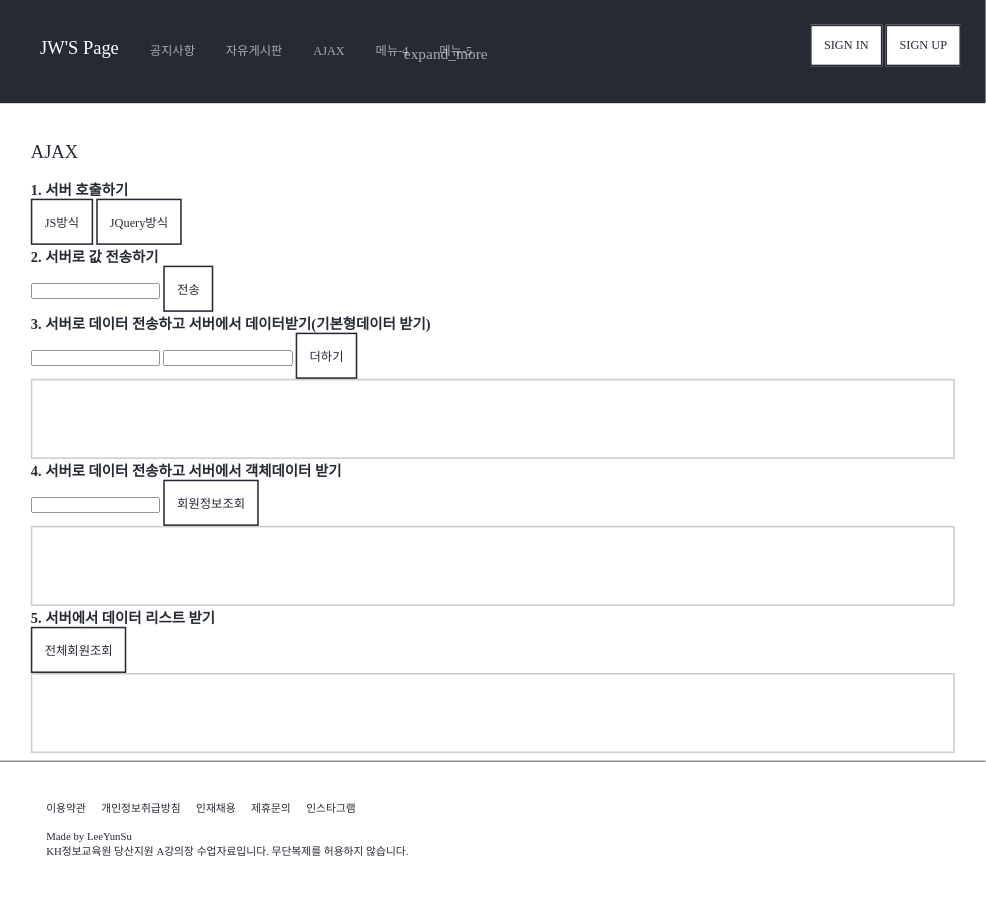
Repository: JWbase/Web_JAVA
Page: http://localhost/07_mvc2WebProject/ajax.do
These files come from the project's save history. The page is drawn as it stood at one moment and after the next save; the edit follows.
The browser window is 1280 px wide. The pictures show the whole page, at 77% of full size.
Some web fonts or font styles are not loaded; a fallback is used. The page is served by Tomcat 9. Other server files are loaded and not shown.

Above is the page before, as saved 2022-09-06 07:03:57.

### 07_mvc2WebProject/src/main/webapp/WEB-INF/views/etc/ajax.jsp
<%@ page language="java" contentType="text/html; charset=UTF-8"
	pageEncoding="UTF-8"%>
<!DOCTYPE html>
<html>
<head>
<meta charset="UTF-8">
<title>Insert title here</title>
<style>
.ajaxResult {
	min-height: 100px;
	border: 2px solid #ccc;
}
</style>
</head>
<body>
	<%@include file="/WEB-INF/views/common/header.jsp"%>
	<div class="page-content">
		<div class="page-title">AJAX</div>
		<h3>1. 서버 호출하기</h3>
		<button class="btn bc11" id="js">JS방식</button>
		<button class="btn bc11" id="jQ1">JQuery방식</button>

		<h3>2. 서버로 값 전송하기</h3>
		<input type="text">
		<button class="btn bc11" id="jQ2">전송</button>

		<h3>3. 서버로 데이터 전송하고 서버에서 데이터받기(기본형데이터 받기)</h3>
		<input type="text" id="su1"> <input type="text" id="su2">
		<button class="btn bc11" id="jQ3">더하기</button>
		<p class="ajaxResult" id="result1"></p>

		<h3>4. 서버로 데이터 전송하고 서버에서 객체데이터 받기</h3>
		<input type="text" id="input4">
		<button class="btn bc11" id="jQ4">회원정보조회</button>
		<p class="ajaxResult" id="result4"></p>

		<h3>5. 서버에서 데이터 리스트 받기</h3>
		<button class="btn bc11" id="jQ5">전체회원조회</button>
		<p class="ajaxResult" id="result5"></p>
	</div>
	<script>
		$("#js").on("click", function() {
			// javascript방식으로 ajax 호출
			// 1. XMLHttpRequest 객체 생성
			const xhttp = new XMLHttpRequest();

			// 2. 요청정보 설정
			xhttp.open("GET", "/ajaxTest1.do", true);
			// 3. 서버요청 처리에 따른 동작함수를 설정
			xhttp.onreadystatechange = function() {
				if (this.readyState == 4 & this.status == 200) {
					// 요청이 다 끝나고 정상인 경우
					console.log("서버 요청 완료!!");
				} else if (this.readyState == 4 & this.status == 404) {
					// 요청이 다 끝나고 결과가 페이지를 찾을 수 없는 경우
					console.log("주소를 찾을 수 없습니다.");
				}
			}
			// 4. 서버에 요청
			xhttp.send();
		});
		$("#jQ1").on("click", function() {
			$.ajax({
				url : "/ajaxTest1.do",
				type : "get",
				success : function() {
					console.log("서버호출완료");
				},
				error : function() {
					console.log("에러 발생");
				},
				complete : function() {
					console.log("무조건 호출");
				}
			});
		});
		$("#jQ2").on("click", function() {
			const input = $(this).prev();
			const inputValue = input.val();
			console.log(inputValue);
			$.ajax({
				url : "/ajaxTest2.do",
				type : "get",
				data : {
					input1 : inputValue
				},
				success : function() {
					console.log("서버로 전송완료");
				},
				error : function() {
					console.log("에러발생");
				}
			});
		})
		$("#jQ3").on("click", function() {
			const su1 = $("#su1").val();
			const su2 = $("#su2").val();
			const result = $("#result1");
			$.ajax({
				url : "/ajaxTest3.do",
				type : "post",
				data : {
					num1 : su1,
					num2 : su2
				},
				success : function(data) {
					result.text(data);
					console.log("서버호출완료");
				},
				error : function() {
					console.log("서버호출실패");
				}
			});
		});
		$("#jQ4").on("click", function() {
			const memberId = $("#input4").val();
			const result = $("#result4");
			result.empty();
			$.ajax({
				url : "/ajaxTest4.do",
				type : "get",
				data : {
					memberId : memberId
				},
				dataType : "json",
				success : function(data) {
					if (data == null) {
						result.append("회원 정보를 조회 할 수 없습니다.")
					} else {
						result.append("아이디 : " + data.memberId + "<br>");
						result.append("이름 : " + data.memberName + "<br>");
						result.append("전화번호 : " + data.memberPhone + "<br>");
					}
				}
			});
		});
		$("#jQ5").on("click", function() {
			const result = $("#result5");
			result.empty();
			$.ajax({
				url : "/ajaxTest5.do",
				dataType : "json",
				success : function(data) {
					console.log(data);
					for (let i = 0; i < data.length; i++) {
						const div = $("<div></div>");
						div.append(data[i].memberId);
						div.append("/");
						div.append(data[i].memberName);
						div.append("/");
						div.append(data[i].memberAddr);
						div.append("/");
						result.append(div);
					}
				}
			});
		});
	</script>
	<%@include file="/WEB-INF/views/common/footer.jsp"%>
</body>
</html>

### 07_mvc2WebProject/src/main/webapp/WEB-INF/views/common/header.jsp
<%@page import="kr.or.iei.member.model.vo.Member"%>
<%@ page language="java" contentType="text/html; charset=UTF-8"
	pageEncoding="UTF-8"%>
<%
Member m = (Member) session.getAttribute("m");
%>
<!-- 구글 아이콘 -->
<link href="https://fonts.googleapis.com/icon?family=Material+Icons"
	rel="stylesheet">
<!-- jquery -->
<script src="/js/jquery-3.6.0.js"></script>
<!-- 기본 CSS -->
<link rel="stylesheet" href="/css/default.css" />
<!-- 기본 js -->
<script src="/js/default.js"></script>
<header>
	<div class="site-logo">
		<a href="/">JW'S Page</a>
	</div>
	<nav>
		<ul class="navi">
			<li><a href="/noticeList.do?reqPage=1">공지사항</a></li>
			<li><a href="#">자유게시판</a></li>
			<li><a href="/ajax.do">AJAX</a></li>
			<li><a href="#">메뉴-4</a></li>
			<li><a href="#">메뉴-5</a>
				<ul class="sub-navi">
					<li><a href="#">sub-1</a></li>
					<li><a href="#">sub-2</a></li>
					<li><a href="#">sub-3</a></li>
				</ul></li>
		</ul>
	</nav>
	<div class="header-link">
		<%
		if (m == null) {
		%>
		<button class="btn bc11 modal-open-btn" target="#login-modal">SIGN
			IN</button>
		<a class="btn bc11" href="/signupFrm.do">SIGN UP</a>
		<%
		} else {
		%>
		<%-- <a class="btn bc11" href="/mypage1.do"><%=m.getMemberName()%></a> --%>
		<a class="btn bc11" href="/mypage2.do?memberId=<%=m.getMemberId()%>"><%=m.getMemberName()%></a>
		<a class="btn bc11" href="/logout.do">LOGOUT</a>
		<%
		}
		%>
	</div>
</header>
<%
if (m == null) {
%>
<div id="login-modal" class="modal-bg">
	<div class="modal-wrap">
		<div class="modal-head">
			<h2>SIGN IN</h2>
			<span class="material-icons close-icon modal-close">close</span>
		</div>
		<form action="/signIn.do" method="post">
			<div class="modal-content">
				<div class="input-box">
					<label for="signId">아이디</label> <input type="text" name="signId"
						class="input-form" placeholder="아이디입력">
				</div>
				<div class="input-box">
					<label for="signPw">비밀번호</label> <input type="password"
						name="signPw" class="input-form" placeholder="비밀번호입력">
				</div>
				<div class="input-box link-box">
					<a href="#">아이디/비밀번호 찾기</a>
				</div>
			</div>
			<div class="modal-foot">
				<button type="submit" class="btn bc11">로그인</button>
				<button type="button" class="btn bc1 modal-close">취소</button>
			</div>
		</form>
	</div>
</div>
<%
}
%>

### 07_mvc2WebProject/src/main/webapp/WEB-INF/views/common/footer.jsp
<%@ page language="java" contentType="text/html; charset=UTF-8"
	pageEncoding="UTF-8"%>
<footer>
	<div class="footer-content">
		<ul>
			<li><a href="#">이용약관</a></li>
			<li><a href="#">개인정보취급방침</a></li>
			<li><a href="#">인재채용</a></li>
			<li><a href="#">제휴문의</a></li>
			<li><a href="#">인스타그램</a></li>
		</ul>
		<p>Made by LeeYunSu</p>
		<p>KH정보교육원 당산지원 A강의장 수업자료입니다. 무단복제를 허용하지 않습니다.</p>
	</div>
</footer>

### 07_mvc2WebProject/src/main/java/kr/or/iei/ajax/controller/AjaxServlet.java
package kr.or.iei.ajax.controller;

import java.io.IOException;

import javax.servlet.RequestDispatcher;
import javax.servlet.ServletException;
import javax.servlet.annotation.WebServlet;
import javax.servlet.http.HttpServlet;
import javax.servlet.http.HttpServletRequest;
import javax.servlet.http.HttpServletResponse;

/**
 * Servlet implementation class AjaxServlet
 */
@WebServlet(name = "Ajax", urlPatterns = { "/ajax.do" })
public class AjaxServlet extends HttpServlet {
	private static final long serialVersionUID = 1L;

	/**
	 * @see HttpServlet#HttpServlet()
	 */
	public AjaxServlet() {
		super();
		// TODO Auto-generated constructor stub
	}

	/**
	 * @see HttpServlet#doGet(HttpServletRequest request, HttpServletResponse
	 *      response)
	 */
	protected void doGet(HttpServletRequest request, HttpServletResponse response)
			throws ServletException, IOException {
		// 1. 인코딩
		request.setCharacterEncoding("utf-8");
		// 2. 값추출
		// 3. 비즈니스로직
		// 4. 결과처리
		RequestDispatcher view = request.getRequestDispatcher("/WEB-INF/views/etc/ajax.jsp");
		view.forward(request, response);
	}

	/**
	 * @see HttpServlet#doPost(HttpServletRequest request, HttpServletResponse
	 *      response)
	 */
	protected void doPost(HttpServletRequest request, HttpServletResponse response)
			throws ServletException, IOException {
		// TODO Auto-generated method stub
		doGet(request, response);
	}

}

### 07_mvc2WebProject/src/main/webapp/css/default.css
/* 사용할 font 선언 */
@font-face {
  font-family: ns-thin;
  src: url(../font/NotoSansKR-Thin.otf);
}
@font-face {
  font-family: ns-light;
  src: url(../font/NotoSansKR-Light.otf);
}
@font-face {
  font-family: ns-m;
  src: url(../font/NotoSansKR-Medium.otf);
}
@font-face {
  font-family: ns-bold;
  src: url(../font/NotoSansKR-Bold.otf);
}
@font-face {
  font-family: ns-black;
  src: url(../font/NotoSansKR-Black.otf);
}
/*
    사이트 사용 색상
    balck : #252A34
    darkgray : #393E46
    lightgray : #EEEEEE
    dark-mint : #00ADB5
    mint : #08D9D6
    point-red : #FF2E63
    point-pink : #F85F73
    point-violet : #892CDC
*/
/* 전체태그 기본 margin, padding 제거 */
/* 기본 글씨 색 및 폰트 설정 */

* {
  margin: 0;
  padding: 0;
  color: #252a34;
  font-family: ns-m;
}
body {
  display: flex;
  flex-direction: column;
  min-height: 100vh;
}
/* 기본화면 레이아웃 */
a {
  text-decoration: none;
}
header {
  background-color: #252a34;
  padding: 32px;
  display: flex;
  min-width: 1200px;
}
header > *:not(.header-link) {
  float: left;
}
header > .site-logo {
  padding: 0px 20px;
}
header > .site-logo > a {
  color: #fff;
  font-family: ns-bold;
  font-size: 24px;
  line-height: 60px;
}
header > nav {
  flex-grow: 1;
}

header > nav > .navi {
  list-style-type: none;
}
header > nav > .navi > li {
  float: left;
  position: relative;
}
header > nav > .navi > li > a {
  display: block;
  color: rgba(255, 255, 255, 0.6);
  padding: 5px 20px;
  transition-duration: 0.5s;
  line-height: 60px;
}
header > nav > .navi > li:hover > a,
header > nav > .navi > li:hover > a + span {
  color: rgba(255, 255, 255, 1);
}
header > nav > .navi > li:hover > .sub-navi {
  display : block;
}
header > nav .sub-navi {
  position: absolute;
  background-color: #fff;
  list-style-type: none;
  display: none;
  border: 1px solid rgba(0, 0, 0, 0.2);
  left: 10px;
  min-width: 10rem;
}
header > nav .sub-navi > li {
  padding: 0.25rem 1rem;
}
header > nav .sub-navi > li > a {
  display: block;
}
header > nav .sub-navi > li:hover {
  background-color: rgba(0, 0, 0, 0.05);
}
.material-icons.dropdown {
  font-size: 20px;
  color: rgba(255, 255, 255, 0.6);
  position: absolute;
  right: 0px;
  top: 27px;
  transition-duration: 0.5s;
}
.material-icons.dropdown:hover {
  cursor: pointer;
}
.page-content {
  width: 1200px;
  margin: 30px auto;
  margin-bottom: 10px;
  flex-grow: 1;
}
.page-title {
  font-family: ns-bold;
  padding: 20px 0px;
  font-size: 1.5rem;
}
footer {
  padding: 50px;
  border-top: 1px solid #252a34;
}
footer > .footer-content {
  width: 1200px;
  margin: 0 auto;
  padding: 0px 10px;
}
footer > .footer-content * {
  font-size: 14px;
}
footer > .footer-content > ul {
  list-style-type: none;
  overflow: hidden;
  margin-bottom: 20px;
}
footer > .footer-content > ul > li {
  float: left;
}
footer > .footer-content > ul > li > a {
  padding-right: 20px;
}

/* font 클래스*/
.f-thin {
  font-family: ns-thin;
}
.f-light {
  font-family: ns-light;
}
.f-medium {
  font-family: ns-m;
}
.f-bold {
  font-family: ns-bold;
}
.f-black {
  font-family: ns-black;
}

/* 글씨 색 */
.fc-1 {
  color: #252a34;
}
.fc-2 {
  color: #393e46;
}
.fc-3 {
  color: #eeeeee;
}
.fc-4 {
  color: #00adb5;
}
.fc-5 {
  color: #08d9d6;
}
.fc-6 {
  color: #ff2e63;
}
.fc-7 {
  color: #f85f73;
}
.fc-8 {
  color: #892cdc;
}

/* 배경 색*/
.bg-1 {
  background-color: #252a34;
}
.bg-2 {
  background-color: #393e46;
}
.bg-3 {
  background-color: #eeeeee;
}
.bg-4 {
  background-color: #00adb5;
}
.bg-5 {
  background-color: #08d9d6;
}
.bg-6 {
  background-color: #ff2e63;
}
.bg-7 {
  background-color: #f85f73;
}
.bg-8 {
  background-color: #892cdc;
}

/* 테이블 디자인 */
.tbl {
  width: 100%;
  border-spacing: 0px;
  border-collapse: collapse;
}
.tbl th,
.tbl td {
  padding: 1rem;
  text-align: center;
}
.tbl .tr-1 {
  background-color: rgba(255, 255, 255, 1);
}
.tbl .tr-2 {
  background-color: rgba(57, 62, 70, 0.1);
}
.tbl .tr-3 {
  background-color: rgba(0, 173, 181, 0.1);
}
.tbl .tr-4 {
  background-color: rgba(137, 44, 220, 0.1);
}
.tbl .tr-5 {
  background-color: rgba(255, 46, 999, 0.1);
}
.tbl .td-1 {
  background-color: rgba(255, 255, 255, 1);
}
.tbl .td-2 {
  background-color: rgba(57, 62, 70, 0.1);
}
.tbl .td-3 {
  background-color: rgba(0, 173, 181, 0.1);
}
.tbl .td-4 {
  background-color: rgba(137, 44, 220, 0.1);
}
.tbl .td-5 {
  background-color: rgba(255, 46, 999, 0.1);
}
.tbl.tbl-hover .tr-1:hover {
  background-color: rgba(0, 0, 0, 0.05);
}
.tbl.tbl-hover .tr-2:hover {
  background-color: rgba(57, 62, 70, 0.15);
}
.tbl.tbl-hover .tr-3:hover {
  background-color: rgba(0, 173, 181, 0.15);
}
.tbl.tbl-hover .tr-4:hover {
  background-color: rgba(137, 44, 220, 0.15);
}
.tbl.tbl-hover .tr-5:hover {
  background-color: rgba(255, 46, 999, 0.15);
}

/* 버튼 디자인 */
.btn {
  border: none;
  padding: 1rem;
  display: inline-block;
  box-sizing: border-box;
  transition-duration: 0.5s;
  font-size: 16px;
  font-family: ns-light;
}
.bc1 {
  background-color: rgba(37, 42, 52, 0.9);
  color: #fff;
  border: 2px solid rgba(37, 42, 52, 0.9);
}
.bc1:hover {
  background-color: rgba(37, 42, 52, 1);
  cursor: pointer;
}
.bc2 {
  background-color: rgba(57, 62, 70, 0.9);
  color: #fff;
  border: 2px solid rgba(57, 62, 70, 0.9);
}
.bc2:hover {
  background-color: rgba(57, 62, 70, 1);
  cursor: pointer;
}
.bc3 {
  background-color: rgba(238, 238, 238, 0.9);
  color: #252a34;
  border: 2px solid rgba(238, 238, 238, 0.9);
}
.bc3:hover {
  background-color: rgba(238, 238, 238, 1);
  cursor: pointer;
}
.bc4 {
  background-color: rgba(0, 173, 181, 0.9);
  color: #fff;
  border: 2px solid rgba(0, 173, 181, 0.9);
}
.bc4:hover {
  background-color: rgba(0, 173, 181, 1);
  cursor: pointer;
}
.bc5 {
  background-color: rgba(8, 217, 214, 0.9);
  color: #fff;
  border: 2px solid rgba(8, 217, 214, 0.9);
}
.bc5:hover {
  background-color: rgba(8, 217, 214, 1);
  cursor: pointer;
}
.bc6 {
  background-color: rgba(255, 46, 99, 0.9);
  color: #fff;
  border: 2px solid rgba(255, 46, 99, 0.9);
}
.bc6:hover {
  background-color: rgba(255, 46, 99, 1);
  cursor: pointer;
}
.bc7 {
  background-color: rgba(248, 95, 115, 0.9);
  color: #fff;
  border: 2px solid rgba(248, 95, 115, 0.9);
}
.bc7:hover {
  background-color: rgba(248, 95, 115, 1);
  cursor: pointer;
}
.bc8 {
  background-color: rgba(137, 44, 220, 0.9);
  color: #fff;
  border: 2px solid rgba(137, 44, 220, 0.9);
}
.bc8:hover {
  background-color: rgba(137, 44, 220, 1);
  cursor: pointer;
}
.bc11 {
  color: rgba(37, 42, 52, 1);
  background-color: #fff;
  border: 2px solid rgba(37, 42, 52, 1);
}
.bc11:hover {
  background-color: rgba(37, 42, 52, 1);
  cursor: pointer;
  color: #fff;
}
.bc22 {
  color: rgba(57, 62, 70, 1);
  background-color: #fff;
  border: 2px solid rgba(57, 62, 70, 1);
}
.bc22:hover {
  background-color: rgba(57, 62, 70, 1);
  cursor: pointer;
  color: #fff;
}
.bc33 {
  color: rgba(37, 42, 52, 1);
  background-color: #fff;
  border: 2px solid rgba(238, 238, 238, 1);
}
.bc33:hover {
  background-color: rgba(238, 238, 238, 1);
  cursor: pointer;
  color: rgba(37, 42, 52, 1);
}
.bc44 {
  color: rgba(0, 173, 181, 1);
  background-color: #fff;
  border: 2px solid rgba(0, 173, 181, 1);
}
.bc44:hover {
  background-color: rgba(0, 173, 181, 1);
  color: #fff;
  cursor: pointer;
}
.bc55 {
  color: rgba(8, 217, 214, 1);
  background-color: #fff;
  border: 2px solid rgba(8, 217, 214, 1);
}
.bc55:hover {
  background-color: rgba(8, 217, 214, 1);
  color: #fff;
  cursor: pointer;
}
.bc66 {
  color: rgba(255, 46, 99, 1);
  background-color: #fff;
  border: 2px solid rgba(255, 46, 99, 1);
}
.bc66:hover {
  background-color: rgba(255, 46, 99, 1);
  color: #fff;
  cursor: pointer;
}
.bc77 {
  color: rgba(248, 95, 115, 1);
  background-color: #fff;
  border: 2px solid rgba(248, 95, 115, 1);
}
.bc77:hover {
  background-color: rgba(248, 95, 115, 1);
  color: #fff;
  cursor: pointer;
}
.bc88 {
  color: rgba(137, 44, 220, 1);
  background-color: #fff;
  border: 2px solid rgba(137, 44, 220, 1);
}
.bc88:hover {
  background-color: rgba(137, 44, 220, 1);
  color: #fff;
  cursor: pointer;
}
.bs1 {
  padding: 1rem;
}
.bs2 {
  padding: 1.5rem;
  font-size: 1.1em;
}
.bs3 {
  padding: 2rem;
  font-size: 1.2em;
}
.bs4 {
  width: 100%;
  padding: 2rem;
  font-size: 1.2em;
}
/* input 디자인 */
.input-form {
  width: 100%;
  display: block;
  padding: 0.8rem;
  background-color: #fff;
  outline: none;
  border: 1px solid #ccc;

  box-sizing: border-box;
}
.input-form:focus {
  box-shadow: 0 0 0 0.1rem #eee;
}

textarea.input-form {
  resize: none;
  min-height: 300px;
}
.input-form:read-only:not(select),
.input-form:disabled {
  background-color: #f7f7f9;
}
/* 페이징 디자인 */
.pagination {
  list-style-type: none;
  display: flex;
  justify-content: center;
  align-items: center;
}
.pagination > li {
  width: 40px;
  height: 40px;
  text-align: center;
  line-height: 40px;
  overflow: hidden;
}
.pagination.circle-style > li {
  border-radius: 50%;
}
.pagination > li > a.page-item {
  display: block;
  width: 100%;
  height: 100%;
  font-size: 18px;
}
.pagination > li > a.page-item > span.material-icons {
  display: block;
  width: 100%;
  height: 100%;
  line-height: 40px;
}
.pagination .page-item.active-page {
  background-color: #252a34;
  color: #fff;
}
/*게시물 표현*/
.posting-wrap {
  display: flex;
  flex-wrap: wrap;
}
.posting-wrap .posting-item {
  box-sizing: border-box;
  width: calc(100% / 5);
  padding: 20px;
}
.posting-wrap .posting-item .posting-img img {
  width: 100%;
  height: 200px;
}
.posting-wrap .posting-item .posting-content {
  width: 80%;
  margin: 0 auto;
}
.posting-wrap .posting-item:hover {
  box-shadow: 0 2px 10px 0 rgba(0, 0, 0, 0.2);
}
/* 댓글 */
.posting-comment {
  display: flex;
  border-top: 2px solid #ccc;

  list-style-type: none;
}
.posting-comment > li {
  box-sizing: border-box;
}
.posting-comment > li:first-child {
  width: 15%;
  display: flex;
  justify-content: center;
  align-items: center;
  min-height: 100px;
  border-right: 1px solid #ccc;
}
.posting-comment.reply > li:first-child {
  width: 20%;
}
.posting-comment > li:first-child .material-icons {
  font-size: 80px;
  color: #ccc;
}
.posting-comment.reply > li:first-child .material-icons:first-child {
  font-size: 40px;
  color: #ccc;
}
.posting-comment.reply > li:last-child {
  display: flex;
  flex-direction: column;
  width: 80%;
}
.posting-comment > li:last-child {
  display: flex;
  flex-direction: column;
  width: 85%;
}
.posting-comment > li:last-child > p {
  width: 100%;
  padding: 5px;
  box-sizing: border-box;
}
.posting-comment > li:last-child > .comment-info > span {
  padding: 0px 10px;
}
.posting-comment > li:last-child > .comment-info > span:not(:last-child) {
  border-right: 2px solid #ccc;
}
.posting-comment > li:last-child > .comment-content {
  padding: 0px 15px;
}
.posting-comment > li:last-child > .comment-link {
  text-align: right;
}
.posting-comment > li:last-child > .comment-link > a {
  margin: 0px 5px;
}
.posting-comment > li:last-child > .comment-link > a:hover {
  text-decoration: underline;
}

/*모달*/
.modal-bg {
  background-color: rgba(0, 0, 0, 0.3);
  position: fixed;
  width: 100%;
  height: 100vh;
  display: none;
  align-items: center;
  flex-direction: column;
}
.modal-wrap {
  margin-top: 150px;
  width: 600px;
  background: #fff;
  height: auto;
}
.modal-wrap div {
  padding: 1rem;
}
.modal-wrap div:not(:last-child) {
  border-bottom: 1px solid #ccc;
}
.modal-wrap .modal-foot {
  text-align: right;
}
.modal-wrap div.modal-head {
  position: relative;
}
.close-icon {
  position: absolute;
  top: 16px;
  right: 16px;
  font-size: 30px;
}
.close-icon:hover {
  cursor: pointer;
}

### 07_mvc2WebProject/src/main/webapp/js/default.js
$(function () {
  $(document).on("click", ".modal-open-btn", function () {
    $($(this).attr("target")).css("display", "flex");
  });
  $(document).on("click", ".modal-close", function () {
    $(this).parents(".modal-wrap").parent().css("display", "none");
  });
  $(".sub-navi").prev().after("<span class='material-icons dropdown'>expand_more</span>");
});
function alertFunc(icon){
	swal({
        title: '제목',
        text: '내용내용내용',
        icon: icon
      });
      //이후 페이지 이동 시 추가
      /*
      .then(function(){
    	 window.location = "${loc}";
      });
      */
}

Loaded but not shown: 07_mvc2WebProject/src/main/webapp/js/jquery-3.6.0.js (library)

After the next save:
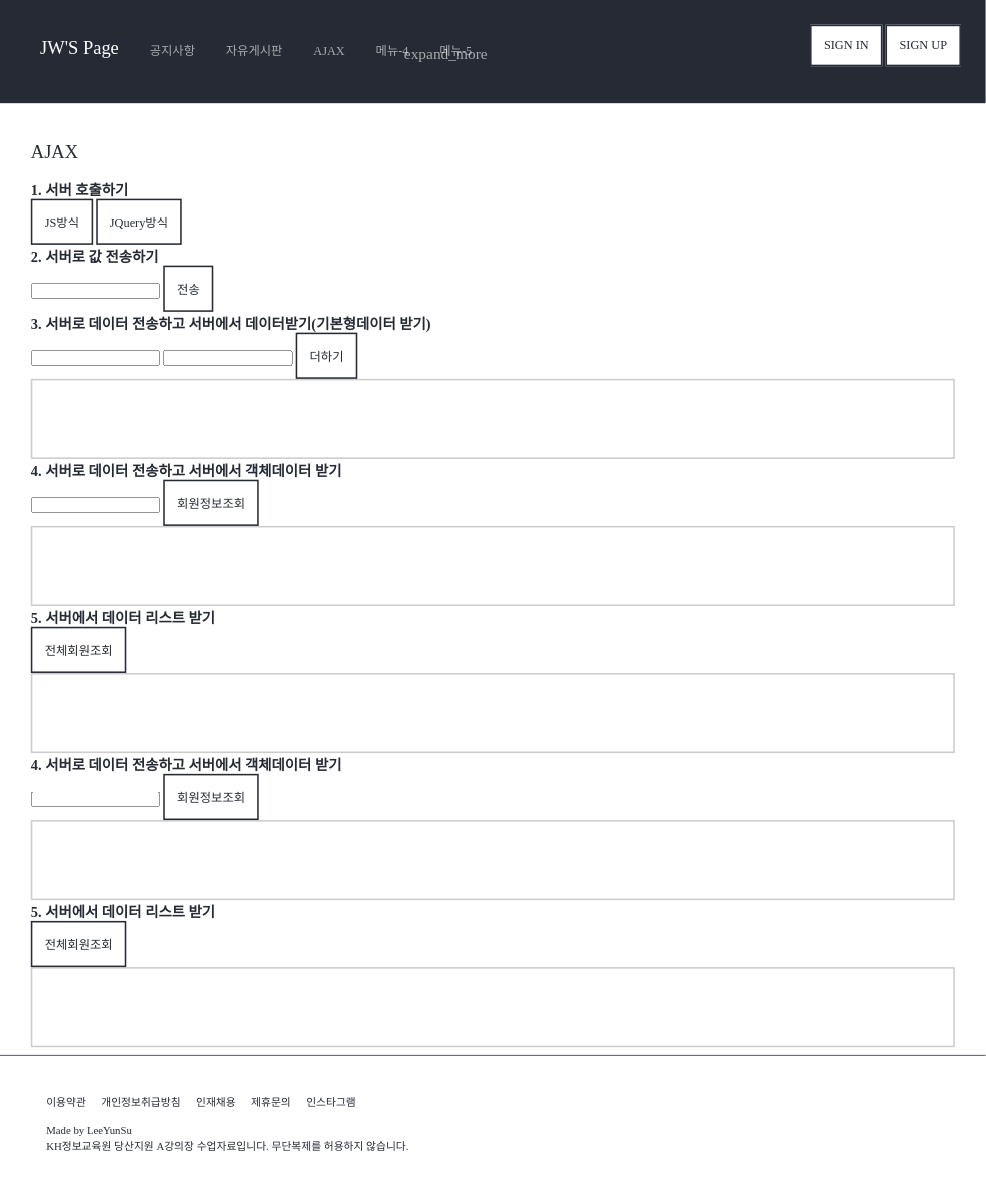
Saved 3 min 18 s later.
--- a/07_mvc2WebProject/src/main/webapp/WEB-INF/views/etc/ajax.jsp
+++ b/07_mvc2WebProject/src/main/webapp/WEB-INF/views/etc/ajax.jsp
@@ -28,6 +28,15 @@
 		<input type="text" id="su1"> <input type="text" id="su2">
 		<button class="btn bc11" id="jQ3">더하기</button>
 		<p class="ajaxResult" id="result1"></p>
+
+		<h3>4. 서버로 데이터 전송하고 서버에서 객체데이터 받기</h3>
+		<input type="text" id="input4">
+		<button class="btn bc11" id="jQ4">회원정보조회</button>
+		<p class="ajaxResult" id="result4"></p>
+
+		<h3>5. 서버에서 데이터 리스트 받기</h3>
+		<button class="btn bc11" id="jQ5">전체회원조회</button>
+		<p class="ajaxResult" id="result5"></p>
 
 		<h3>4. 서버로 데이터 전송하고 서버에서 객체데이터 받기</h3>
 		<input type="text" id="input4">
